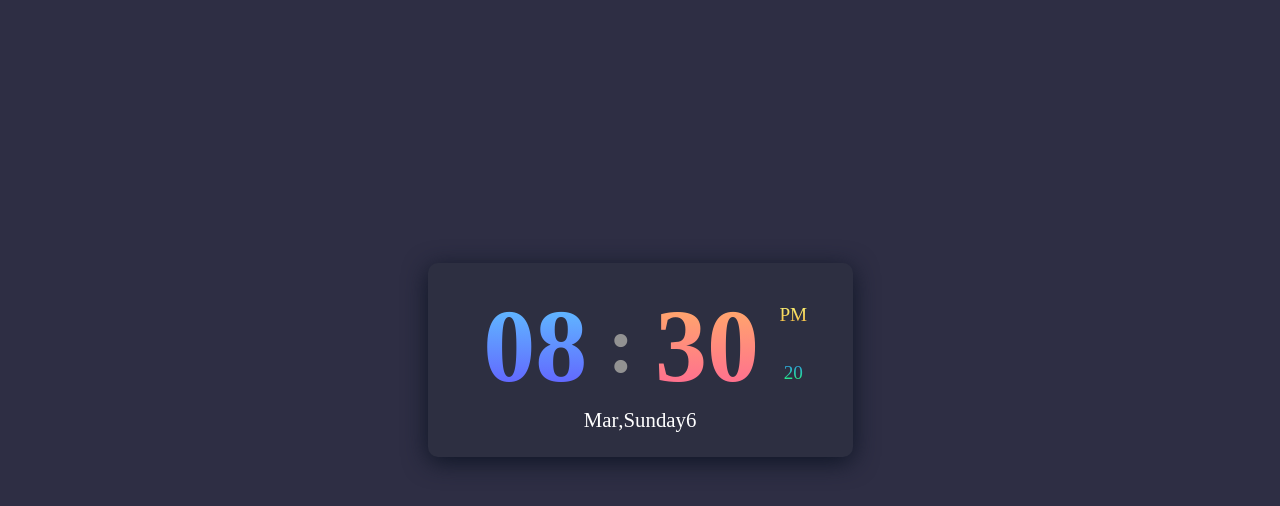
Repository: QUANGTHAI2003/digital-clock
Page: index.html
These files come from the project's save history. The page is drawn as it stood at one moment and after the next save; the edit follows.
The browser window is 1280 px wide. The pictures show the whole page.

Above is the page before, as saved 2022-03-26 20:08:04.

After the next save:
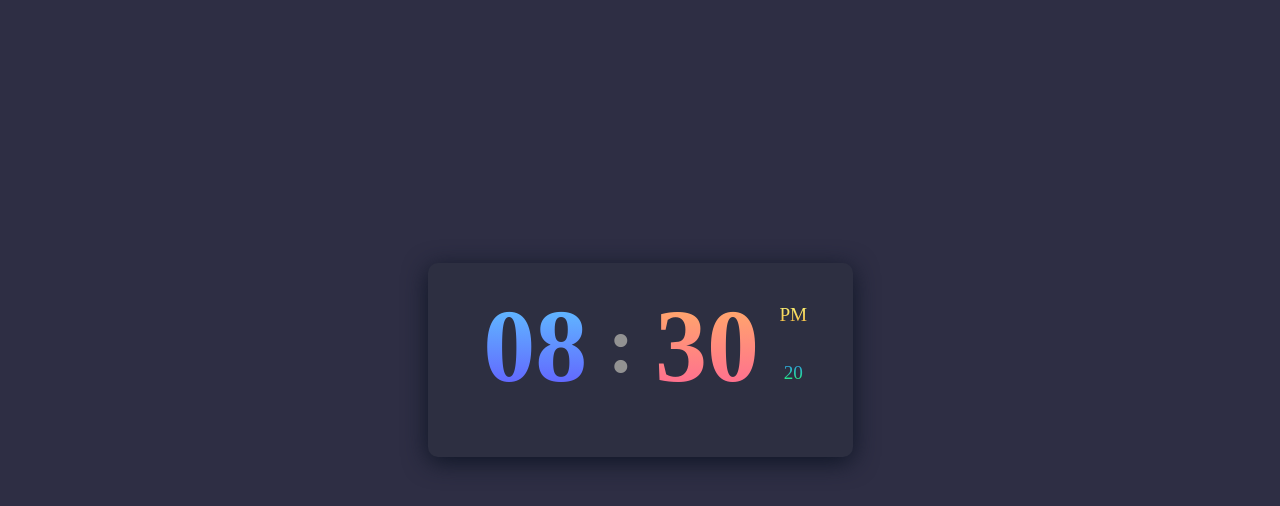
Saved 40 s later.
--- a/style.css
+++ b/style.css
@@ -106,4 +106,8 @@ body {
     font-size: 1.3em;
     font-weight: 500;
     margin-bottom: 5px;
+    transform: translateY(16px);
+    background: -webkit-linear-gradient(90deg, #24ff6d, O#2f93f1);
+    -webkit-text-fill-color: transparent;
+    -webkit-background-clip: text;
 }
